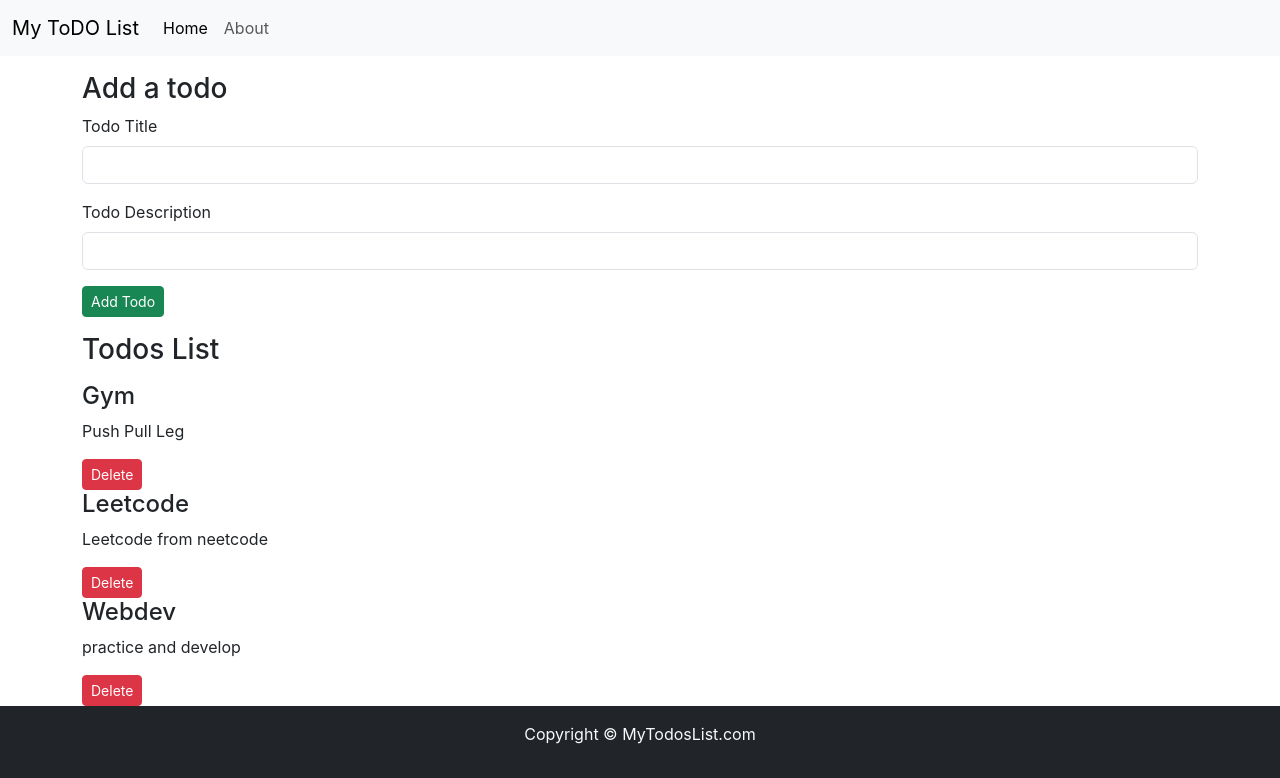
Repository: AshwinUgale/ToDoList
Page: /
An editor plug-in stored every save of this project. The page is shown before and after the next save, followed by the edit.
The browser window is 1280 px wide. The pictures show the whole page.
The project was rebuilt for these pictures with package versions that can differ from the ones it lists, and the page was loaded fresh each time. Also part of the build but not shown: src/App.css.

Above is the page before, as saved 2024-12-21 17:24:44.

After the next save:
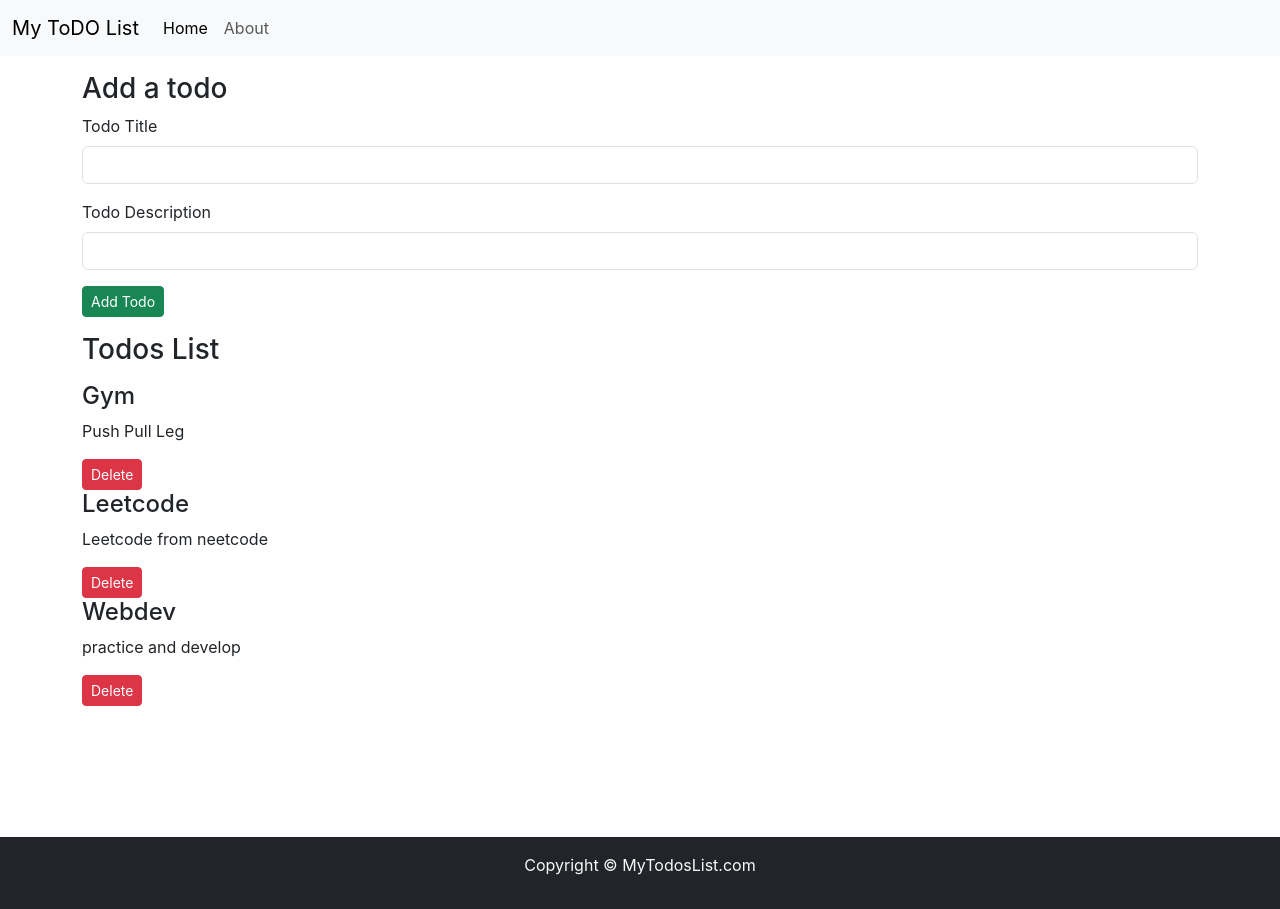
Saved 58 s later.
--- a/src/MyComponents/Todos.js
+++ b/src/MyComponents/Todos.js
@@ -2,8 +2,11 @@ import React from 'react'
 import {TodoItem } from "../MyComponents/TodoItem";
 
 export const Todos = (props) => {
+  let myStyle = {
+    minHeight: "70vh",
+  }
   return (
-    <div className="container">
+    <div className="container" style={myStyle}>
         <h3 className="my-3">Todos List</h3>
         {props.todos.length===0? "No todos to display":
         props.todos.map((todo)=>{
